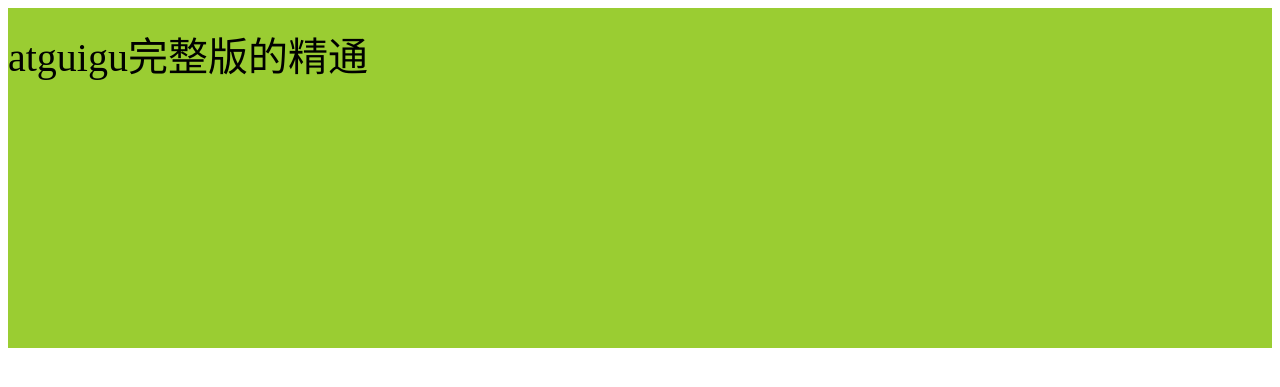
Repository: 123648923/html5-css3
Page: css/10 常用文本属性/08 行高_注意事项.html
The author's editor kept a copy of each file at every save. The page is drawn from the files as they stood at one save, then again after the next save.
The browser window is 1280 px wide. The pictures show the whole page.

Above is the page before, as saved 2023-11-06 14:53:19.

After the next save:
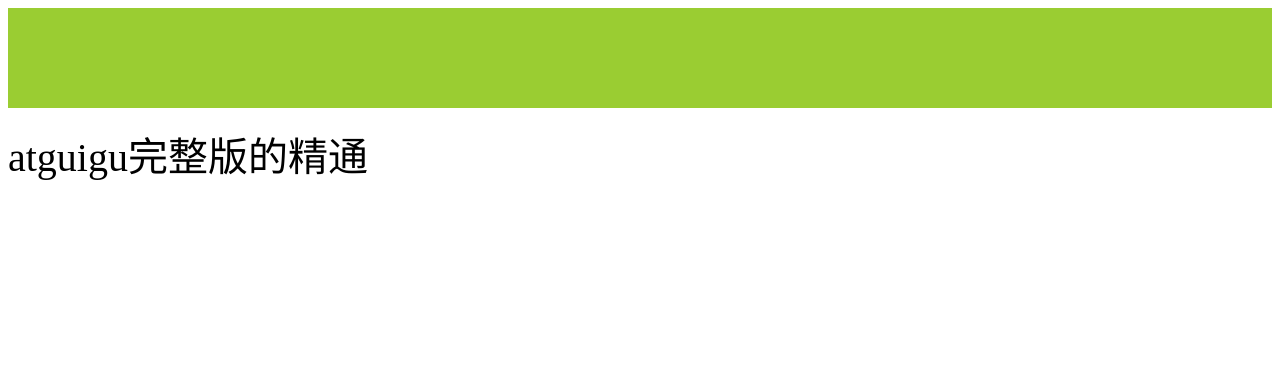
Saved 67 s later.
--- a/css/10 常用文本属性/08 行高_注意事项.html
+++ b/css/10 常用文本属性/08 行高_注意事项.html
@@ -29,8 +29,8 @@
             font-size: 40px;
             /* font-family: "隶书"; */
             background-color: yellowgreen;
-            line-height: 100px;
-            height: 340px;
+            line-height: 300px;
+            height: 100px;
         }
     </style>
 </head>
